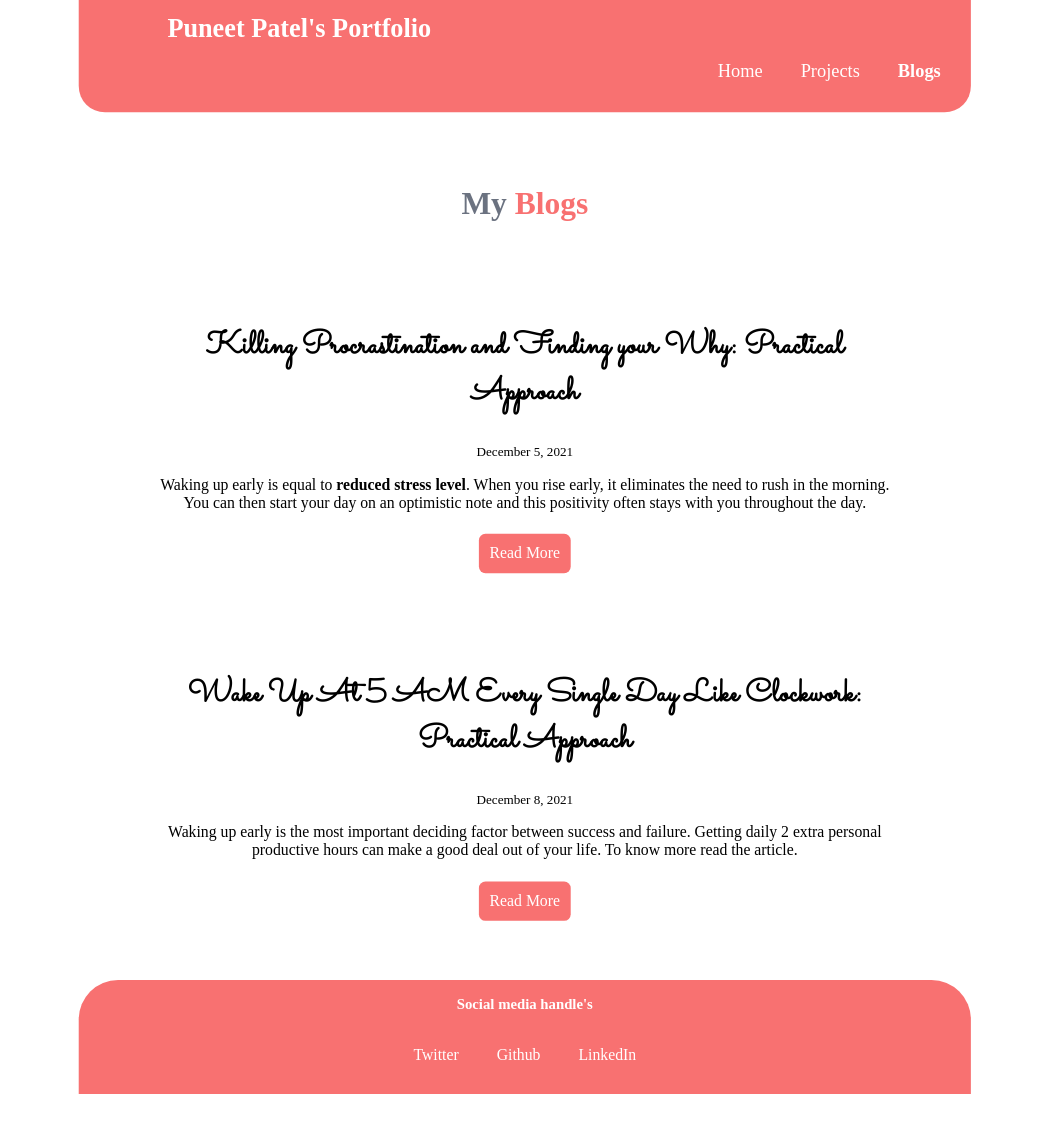
Repository: PuneetP16/Portfolio
Page: blogs.html
An editor plug-in stored every save of this project. The page is shown before and after the next save, followed by the edit.
The browser window is 1280 px wide. The pictures show the whole page, at 82% of full size.
Some web fonts or font styles are not loaded; a fallback is used.

Above is the page before, as saved 2021-12-10 02:27:17.

### blogs.html
<!DOCTYPE html>
<html lang="en">

<head>
  <meta charset="UTF-8" />
  <meta name="viewport" content="width=device-width, initial-scale=1.0" />
  <title>Blogs | Puneet Patel's Portfolio</title>
  <link rel="stylesheet" href="style.css" />
</head>

<body>
  <nav class="navigation">
    <div class="nav-head">
      <a class="link-without-decoration" href="/"> Puneet Patel's Portfolio </a>
    </div>
    <ul class="list-non-bullet nav-pills">
      <li class="list-item-inline">
        <a class="link" href="/">Home</a>
      </li>
      <li class="list-item-inline">
        <a class="link" href="projects.html">Projects</a>
      </li>
      <li class="list-item-inline">
        <a class="link link-active" href="blogs.html">Blogs</a>
      </li>
    </ul>
  </nav>

  <header class="hero">
    <h1 class="hero-heading">My <span>Blogs</span></h1>
  </header>

  <ul class="list-non-bullet">
    <li>
      <article class="list-item-container container container-center">
        <h1>Killing Procrastination and Finding your Why: Practical Approach</h1>
        <small>December 5, 2021</small>
        <p>
          Waking up early is equal to <strong>reduced stress level</strong>. When you rise early, it eliminates the need to rush in the morning. You can then start your day on an optimistic note and this positivity often stays with you throughout the day.
        </p>
        <a class="link link-primary" href="killing_procrastination.html" target="_blank">Read More</a>
      </article>
    </li>

    <li>
      <article class="list-item-container container container-center">
        <h1>Wake Up At 5 AM Every Single Day Like Clockwork: Practical Approach </h1>
        <small>December 8, 2021</small>
        <p>
          Waking up early is the most important deciding factor between success and failure. Getting daily 2 extra personal productive hours can make a good deal out of your life. To know more read the article.
        </p>
        <a class="link link-primary" href="Wake Up At 5 AM Every Single Day Like Clockwork.html" target="_blank">Read More</a>
      </article>
    </li>
  </ul>

  <footer class="footer">
    <div class="footer-header">Social media handle's</div>
    <ul class="social-links list-non-bullet">
      <li class="list-item-inline">
        <a class="link" href="https://twitter.com/PatelPuneet16" target="_blank">Twitter</a>
      </li>
      <li class="list-item-inline">
        <a class="link" href="https://github.com/PuneetP16" target="_blank">Github</a>
      </li>
      <li class="list-item-inline">
        <a class="link" href="https://www.linkedin.com/in/puneet-patel-96b607a0/" target="_blank">LinkedIn</a>
      </li>
    </ul>
  </footer>
</body>

</html>

### style.css
@import url('https://fonts.googleapis.com/css2?family=Fuzzy+Bubbles&family=Merriweather&family=Montserrat:ital,wght@0,400;1,500&family=Sacramento&display=swap');

:root {
  --primary-color: #F87171;
  --off-white: #f3f4f6;
  --dark-gray: #6b7280;
}

body {
  font-family: 'Fuzzy Bubbles', cursive;
  max-width: 85%;
  margin: 0px auto;
  font-size: 1.2rem;
}

.container {
  padding-left: 1rem;
  padding-right: 1rem;
}

.container-center {
  max-width: 900px;
  width: 100%;
  margin: auto;
}

.container-center h1 {
  font-family: 'Sacramento', cursive;
  font-size: 2.4rem;
}

hr {
  margin: 2rem 0;
}

/** links **/
.link {
  text-decoration: none;
  border-radius: 0.5rem;
  padding: 0.8rem 0.8rem;
  margin-top: 0.5rem;
  margin-bottom: 0.5rem;
  display: inline-block;
}

.link-primary {
  background-color: var(--primary-color);
  color: white;
}

.link-secondary {
  border: 1px solid var(--primary-color);
  color: var(--primary-color);
}

.link-without-decoration {
  display: block;
  text-decoration: none;
  color: white;
  font-size: 2rem;
  margin: auto;
  text-align: center;
  padding-right: 550px;
}

/** Lists **/
.list-non-bullet {
  list-style: none;
  padding-inline-start: 0px;
  margin-block-end: 0px;
}

.list-item-inline {
  display: inline;
  padding: 0rem 0.5rem;
}

.list-item-container {
  padding: 1rem;
  text-align: center;
  border-radius: 1rem;
  margin-top: 1rem;
  margin-bottom: 3rem;
}

/** Navigation **/
.navigation {
  background-color: var(--primary-color);
  color: white;
  padding: 1rem;
  margin-bottom: 2rem;
  border-bottom-left-radius: 2rem;
  border-bottom-right-radius: 2rem;
}

.navigation .nav-head {
  font-weight: bold;
  font-size: 1.2rem;
}

.navigation .nav-pills {
  text-align: right;
  margin-top: 0px;
}

.navigation .link {
  color: white;
  font-size: 1.4rem;
}

.navigation .link-active {
  font-weight: bold;
}

/** Header **/
.hero {
  padding: 2rem;
}

.hero .hero-img {
  max-width: 450px;
  display: block;
  margin: auto;
}

.hero .hero-heading {
  color: var(--dark-gray);
  text-align: center;
}

.hero .hero-heading span {
  color: var(--primary-color);
}
/** Sections **/

.section {
  margin-top: 2rem;
  padding: 2rem;
  border-radius: 1rem;
  text-align: center;
}

.section p {
  font-size: 1.2rem;
}

.ow {
  background-color: var(--off-white);
}

/** Footer **/
.footer {
  background-color: var(--primary-color);
  color: white;
  margin-top: 2rem;
  padding: 2rem;
  padding-top: 20px;
  padding-bottom: 16px;
  border-top-right-radius: 1rem;
  text-align: center;
  border-top-left-radius: 3rem;
  border-top-right-radius: 3rem;
}

.footer .footer-header {
  font-weight: bold;
  font-size: large;
}

.footer .link {
  color: white;
}

.footer .social-links {
  padding-inline-start: 0px;
  margin-top: 8 px;
}

/** Blog Styling **/

.blog-container {
  padding-left: 1rem;
  padding-right: 1rem;
}

.blog-container-center {
  max-width: 700px;
  width: 100%;
  margin: auto;
}

div .blog-paragraph {
  margin-top: 2rem;
  margin-bottom: 2rem;
  line-height: 1.6;
}

div .blog-h2 {
  margin-top: 2rem;
  margin-bottom: 2rem;
}

div .blog-img {
  width: 100%;
  display: block;
}

div .blog-head {
  padding: 1rem;
}

/** blog footer **/

.blog-footer {
  color: Black;
  margin-top: 2rem;
  padding: 2rem;
  border-top-right-radius: 1rem;
  text-align: center;
}

.blog-footer .link {
  color: blue;
}

.main-head {
  font-weight: normal;
  margin-bottom: 0.5rem;
}

.quotes {
  text-align: center;
  font-size: 1.6rem;
  color:darkcyan;
}

.contact-me {
  background-color:#FEE2E2;
  padding: 0.05rem 0.5rem 2rem 0.5rem;
  border-radius: 1rem;
  font-size: 1.13rem;
}


.contact-me .btn{
  /* text-align: center;
  width: auto; */
  border-radius: 15px;
  font-size: 20px;
  font-weight: 600;
  background-color: var(--primary-color);
  color: white;
  padding: 10px 30px;
  border: 2px solid #000000;
  margin: auto;
  margin-top: 1rem;
  cursor: pointer;
  max-width: 85%;
}

.contact-me .btn:hover{
  background-color: #5FA8D3;
  color: #1B4965;
}

After the next save:
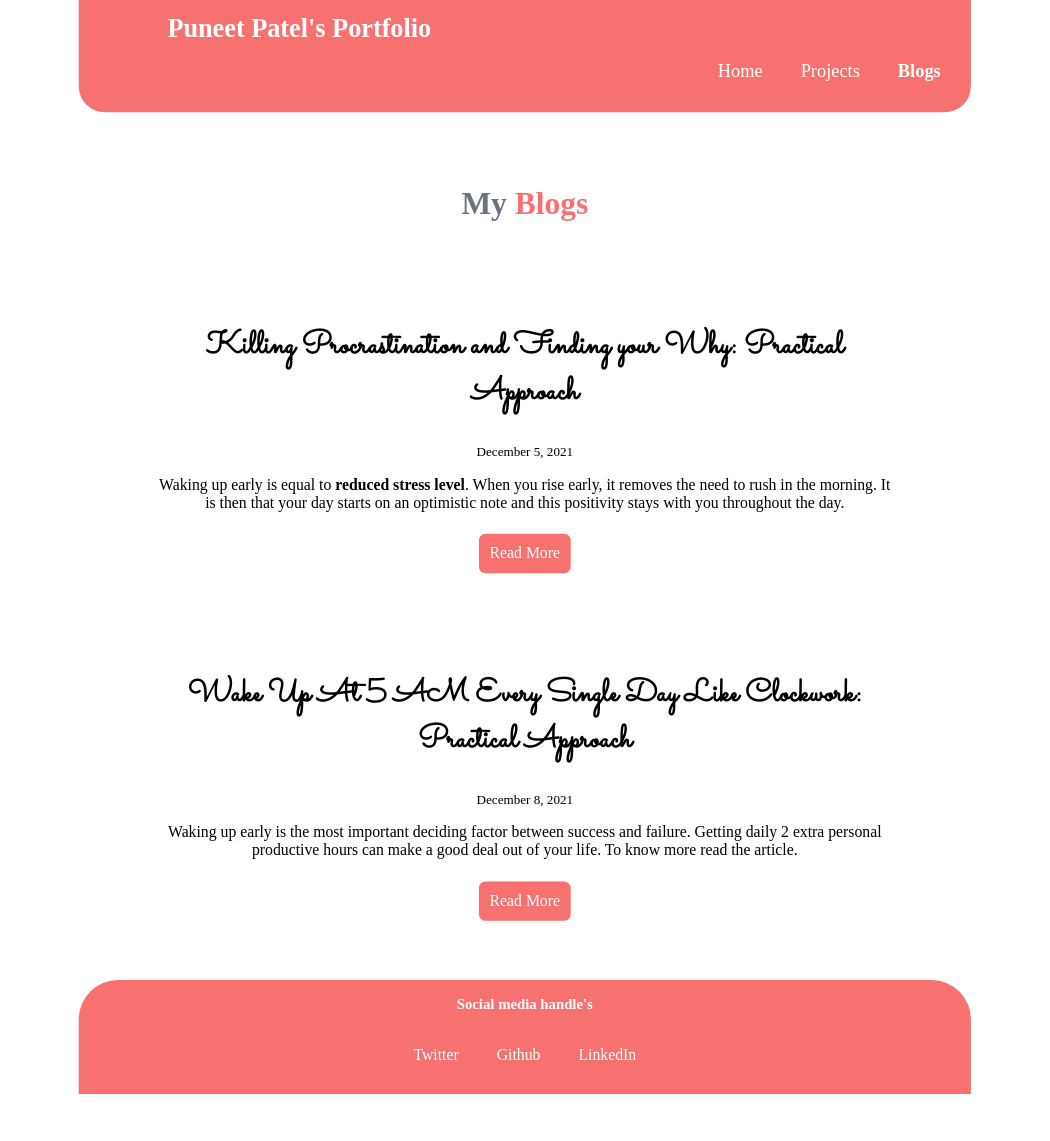
Saved 97 s later.
--- a/blogs.html
+++ b/blogs.html
@@ -36,7 +36,7 @@
         <h1>Killing Procrastination and Finding your Why: Practical Approach</h1>
         <small>December 5, 2021</small>
         <p>
-          Waking up early is equal to <strong>reduced stress level</strong>. When you rise early, it eliminates the need to rush in the morning. You can then start your day on an optimistic note and this positivity often stays with you throughout the day.
+          Waking up early is equal to <strong>reduced stress level</strong>. When you rise early, it removes the need to rush in the morning. It is then that your day starts on an optimistic note and this positivity stays with you throughout the day.
         </p>
         <a class="link link-primary" href="killing_procrastination.html" target="_blank">Read More</a>
       </article>
